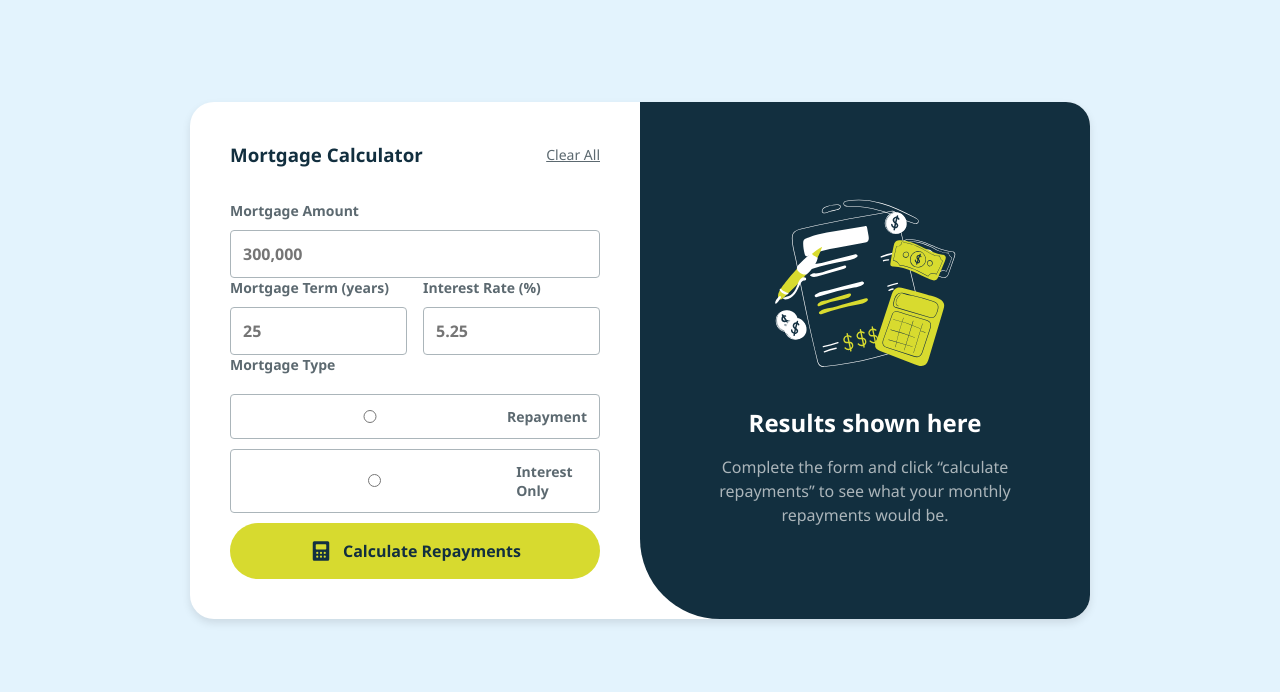
Repository: GravielPV/Mortgage-repayment-calculator
Page: index.html
The author's editor kept a copy of each file at every save. The page is drawn from the files as they stood at one save, then again after a run of saves.
The browser window is 1280 px wide. The pictures show the whole page.

Above is the page before, as saved 2025-12-19 11:45:52.

### index.html
<!DOCTYPE html>
<html lang="en">
<head>
  <meta charset="UTF-8">
  <meta name="viewport" content="width=device-width, initial-scale=1.0"> <!-- displays site properly based on user's device -->

  <link rel="icon" type="image/png" sizes="32x32" href="./assets/images/favicon-32x32.png">
  <link rel="stylesheet" href="styles.css">
  <title>Frontend Mentor | Mortgage repayment calculator</title>


</head>
<body>
  <div class="carta">



  <div class="lado-izquierdo">

    <div class="header-form">
      <h3>Mortgage Calculator</h3>
      <a href="#" id="clear-all">Clear All</a>
    </div>

    <form id="mortgage-form">

      <!-- Mortgage Amount -->
      <div class="campo">
        <label for="input-mortgage">Mortgage Amount</label>


        <input

          type="number"
          id="input-mortgage"
          name="mortgage"
          placeholder="300,000"   >


      </div>

      <!-- Mortgage Term & Interest Rate -->
      <div class="grupo-doble">
        <div class="campo1">
          <label for="input-term">Mortgage Term (years)</label>
          <input
            type="number"
            id="input-term"
            name="term"
            placeholder="25">
        </div>

        <div class="campo1">
          <label for="input-interest">Interest Rate (%)</label>
          <input
            type="number"
            step="0.01"
            id="input-interest"
            name="interest"
            placeholder="5.25">
        </div>
      </div>

      <!-- Mortgage Type -->
      <div class="campo">
        <label>Mortgage Type</label>

        <div class="radios">
          <label class="radio arriba">
            <input type="radio" name="mortgage-type" value="repayment" id="repayment">
            Repayment
          </label>

          <label class="radio abajo">
            <input type="radio" name="mortgage-type" value="interest-only" id="interest-only">
            Interest Only
          </label>
        </div>
      </div>

      <!-- Botón -->
      <div class="boton">

        <button type="button" onclick="calcular()"> <img src="assets/images/icon-calculator.svg" alt="calculadora icon">Calculate Repayments</button>
      </div>



    </form>

  </div>




  <!-- Empty results start -->

  <div class="derecho">

    <img src="assets/images/illustration-empty.svg" alt="mostrar">

  <h3>Results shown here</h3>

  <p>Complete the form and click “calculate repayments” to see what
  your monthly repayments would be.</p>
  </div>

  <!-- Empty results end -->

  <!-- Completed results start -->

  <div class="resultado">
    <h3>Your results</h3>
    <p>Your results are shown below based on the information you provided.
    To adjust the results, edit the form and click “calculate repayments” again.</p>

    <div class="caja-resultados">
      <p>Your monthly repayments</p>
      <h1 id="monthly-repayment"></h1>

      <hr>

      <p>Total you'll repay over the term</p>
      <h3 id="total-repayment"></h3>
    </div>
  </div>

</div>

<!-- Completed results end -->

<script src="app.js"></script>
</body>
</html>

### styles.css
* {
    box-sizing: border-box;
    margin: 0;
    padding: 0;
    font-family: 'Segoe UI', Tahoma, Geneva, Verdana, sans-serif;
}

body {
    background-color: hsl(202, 86%, 94%);
    display: flex;
    justify-content: center;
    align-items: center;
    min-height: 100vh;
}

.carta {
    width: 100%;
    max-width: 900px;
    background-color: white;
    display: flex;
    border-radius: 24px;
    overflow: hidden;
    box-shadow: 0 4px 8px 0 rgba(0, 0, 0, 0.1);
    margin: 20px;
}

/* ---- Lado Izquierdo ---- */
.lado-izquierdo {
    width: 50%;
    padding: 40px;
    display: flex;
    flex-direction: column;
    gap: 24px;
}

.header-form {
    display: flex;
    justify-content: space-between;
    align-items: center;
    margin-bottom: 10px;
}

.header-form h3 {
    color: hsl(202, 55%, 16%);
}

.header-form a {
    color: hsl(200, 10%, 40%);
    text-decoration: underline;
    font-size: 14px;
    cursor: pointer;
}

.header-form a:hover {
    color: hsl(202, 55%, 16%);
}

/* Inputs */
.campo {
    display: flex;
    flex-direction: column;
    gap: 10px;
}

.campo label, .campo1 label {
    color: hsl(200, 10%, 40%);
    font-size: 14px;
    font-weight: bold;
}

.campo input, .campo1 input {
    padding: 12px;
    border: 1px solid hsl(200, 10%, 70%);
    border-radius: 4px;
    font-size: 16px;
    font-weight: bold;
    cursor: pointer;
    width: 100%;
}

.campo input:focus, .campo1 input:focus {
    outline: none;
    border-color: hsl(61, 70%, 52%);
}

.grupo-doble {
    display: flex;
    gap: 16px;
}

.campo1 {
    display: flex;
    flex-direction: column;
    gap: 10px;
    width: 50%;
}

/* Radio buttons */
.radios {
    display: flex;
    flex-direction: column;
    gap: 10px;
}

.radio {
    display: flex;
    align-items: center;
    border: 1px solid hsl(200, 10%, 70%);
    padding: 12px;
    border-radius: 4px;
    cursor: pointer;
    gap: 10px;
    font-weight: bold;
    color: hsl(202, 55%, 16%);
}

.radio:hover {
    border-color: hsl(61, 70%, 52%);
}

.arriba{
    display: flex;
    align-items: center;
    gap: 10px;
    margin-top: 10px;
}

.radio input {
    margin: 0;
    accent-color: hsl(61, 70%, 52%);
}

/* Boton */
.boton {
    margin-top: 10px;
}

button {
    display: flex;
    align-items: center;
    justify-content: center;
    gap: 10px;
    padding: 16px 32px;
    background-color: hsl(61, 70%, 52%);
    border: none;
    color: hsl(202, 55%, 16%);
    border-radius: 30px;
    cursor: pointer;
    font-weight: bold;
    font-size: 16px;
    width: 100%;
    transition: background-color 0.3s;
}

button:hover {
    background-color: hsl(61, 70%, 70%);
}

/* ---- Lado Derecho ---- */
.derecho {
    width: 50%;
    background-color: hsl(202, 55%, 16%);
    color: white;
    padding: 40px;
    display: flex;
    flex-direction: column;
    justify-content: center;
    align-items: center;
    text-align: center;
    border-bottom-left-radius: 80px;
}

.derecho img {
    margin-bottom: 20px;
}

.derecho h3 {
    margin-bottom: 16px;
    font-size: 24px;
}

.derecho p {
    color: hsl(200, 10%, 70%);
    line-height: 1.5;
}

.resultado {
    display: none;
    width: 50%;
    background-color: hsl(202, 55%, 16%);
    border-bottom-left-radius: 80px;
    overflow: hidden;
    padding: 40px;
}

.resultado .caja-resultados {

    background-color: hsl(201, 46%, 7%);
    color: hsl(61, 70%, 52%);
    width: 95%;
    position: relative;
    left: 20px;
    top: 50px;
    padding: 60px;
    border-radius: 10px;
    border-top: 3px solid greenyellow;
    height: 250px;



}

.resultado  p{
    color: hsl(203, 41%, 72%);

}

.resultado h3{

    color: hsl(202, 86%, 94%);
    padding: 20px;

}



/* Responsive */
@media (max-width: 768px) {
    body {
        align-items: flex-start;
        background-color: white;
    }

    .carta {
        flex-direction: column;
        border-radius: 0;
        margin: 0;
        box-shadow: none;
        max-width: 100%;
    }

    .lado-izquierdo, .derecho {
        width: 100%;
        padding: 24px;
    }

    .derecho {
        border-radius: 0;
        min-height: 400px;
    }

    .grupo-doble {
        flex-direction: column;
    }

    .campo1 {
        width: 100%;
    }
}

### app.js
// INPUTS
const montoInput = document.getElementById("input-mortgage");
const yearsInput = document.getElementById("input-term");
const interesInput = document.getElementById("input-interest");

// RADIOS
const repaymentRadio = document.getElementById("repayment");
const interestOnlyRadio = document.getElementById("interest-only");

// RESULTADOS
const resultadoBox = document.querySelector(".resultado");
const derechoBox = document.querySelector(".derecho");

const monthlyText = document.getElementById("monthly-repayment");
const totalText = document.getElementById("total-repayment");

// CLEAR ALL
const clearAllBtn = document.getElementById("clear-all");

// FORMATO MONEDA
function formatoMoneda(valor) {
  return new Intl.NumberFormat("en-US", {
    style: "currency",
    currency: "USD",
    minimumFractionDigits: 2,
  }).format(valor);
}

// CALCULAR
function calcular() {
  const monto = Number(montoInput.value);
  const years = Number(yearsInput.value);
  const interes = Number(interesInput.value) / 100;

  if (!monto || !years || !interes) {
    alert("Please complete all fields");
    return;
  }

  const r = interes / 12;
  const n = years * 12;

  let pagoMensual = 0;
  let pagoTotal = 0;

  // REPAYMENT
  if (repaymentRadio.checked) {
    pagoMensual =
      (monto * r * Math.pow(1 + r, n)) /
      (Math.pow(1 + r, n) - 1);

    pagoTotal = pagoMensual * n;
  }

  // INTEREST ONLY
  if (interestOnlyRadio.checked) {
    pagoMensual = monto * r;
    pagoTotal = pagoMensual * n;
  }

  // MOSTRAR RESULTADOS
  monthlyText.textContent = formatoMoneda(pagoMensual);
  totalText.textContent = formatoMoneda(pagoTotal);

  derechoBox.style.display = "none";
  resultadoBox.style.display = "block";
}

// CLEAR ALL
clearAllBtn.addEventListener("click", (e) => {
  e.preventDefault();

  montoInput.value = "";
  yearsInput.value = "";
  interesInput.value = "";

  repaymentRadio.checked = true;
  interestOnlyRadio.checked = false;

  resultadoBox.style.display = "none";
  derechoBox.style.display = "block";
});

After the next 2 saves:
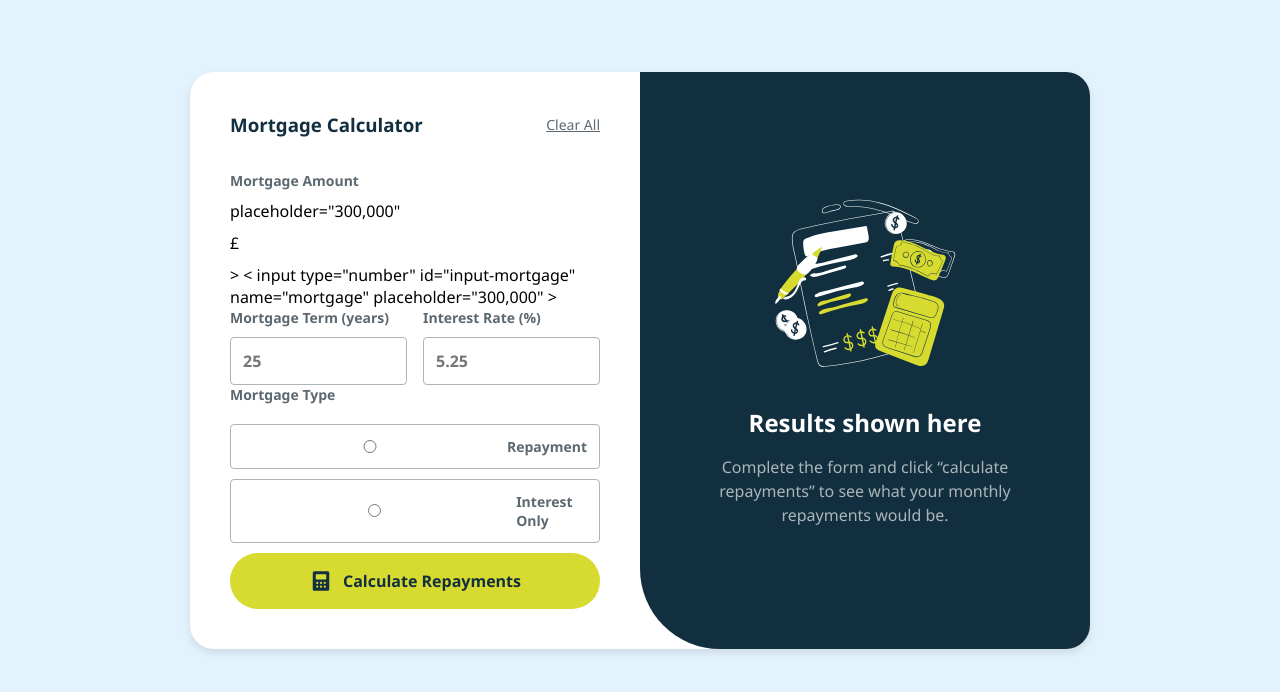
The 2 saves are shown as one change because they came seconds apart.
The last was saved 15 s later.
--- a/index.html
+++ b/index.html
@@ -29,7 +29,8 @@
         <label for="input-mortgage">Mortgage Amount</label>
 
 
-        <input
+          placeholder="300,000"   <span>£</span>>
+        < input
 
           type="number"
           id="input-mortgage"

After the 2 saves that followed:
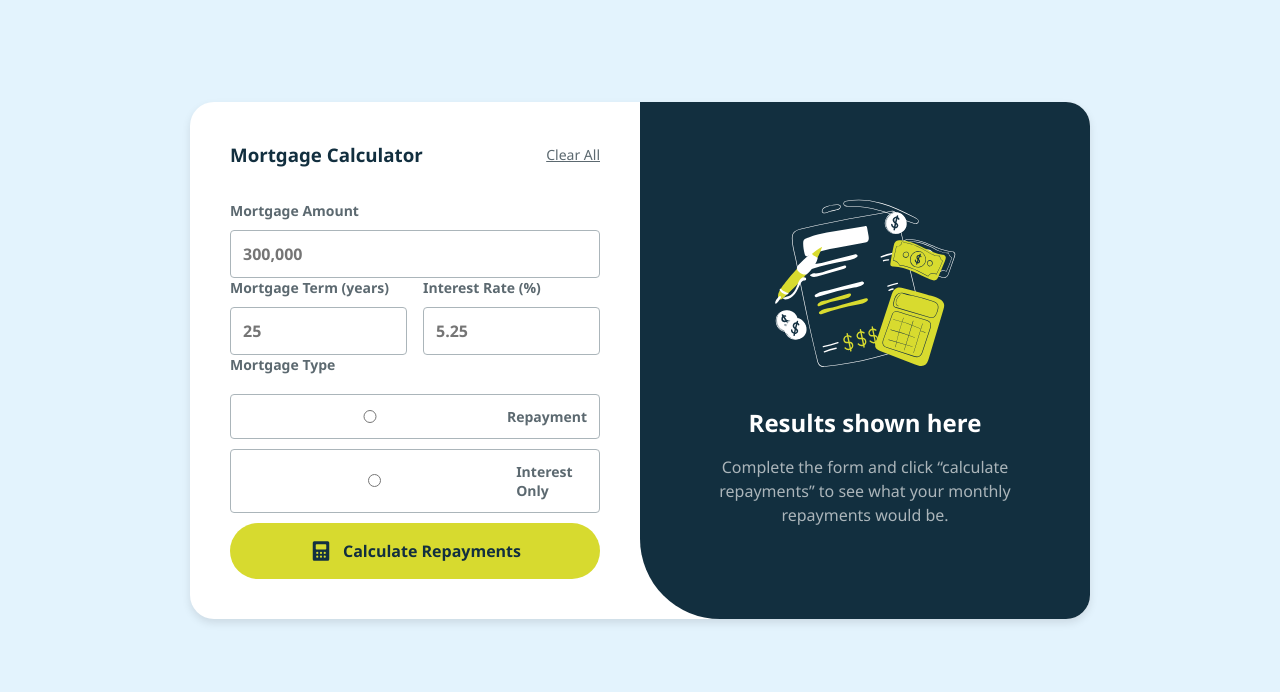
The 2 saves are shown as one change because they came seconds apart.
The last was saved 6 s later.
--- a/index.html
+++ b/index.html
@@ -29,8 +29,7 @@
         <label for="input-mortgage">Mortgage Amount</label>
 
 
-          placeholder="300,000"   <span>£</span>>
-        < input
+        <input
 
           type="number"
           id="input-mortgage"
